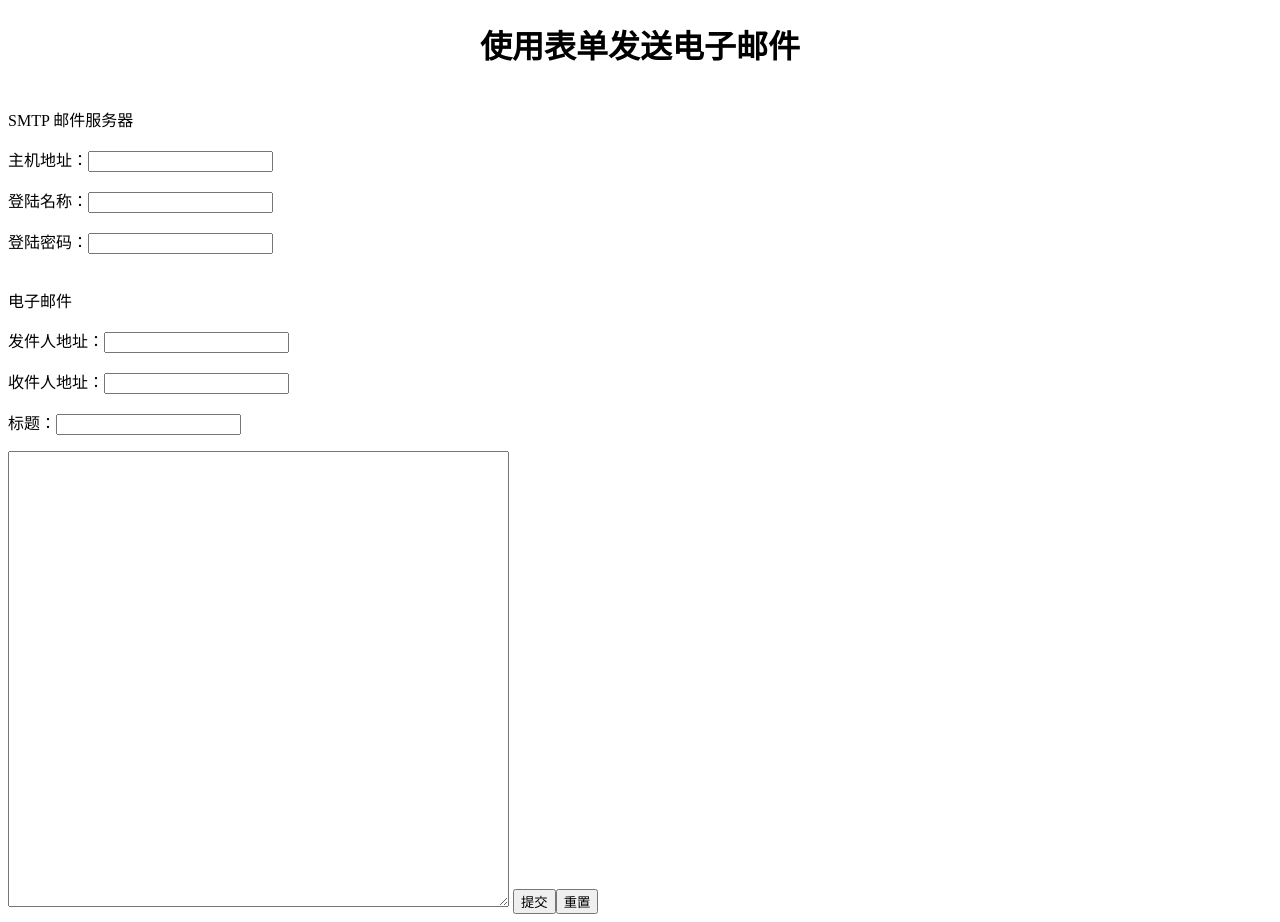
Repository: eterinfi/java
Page: jee/JSPDemo/WebContent/sendemail.html
The author's editor kept a copy of each file at every save. The page is drawn from the files as they stood at one save, then again after the next save.
The browser window is 1280 px wide. The pictures show the whole page.

Above is the page before, as saved 2016-11-15 10:43:28.

After the next save:
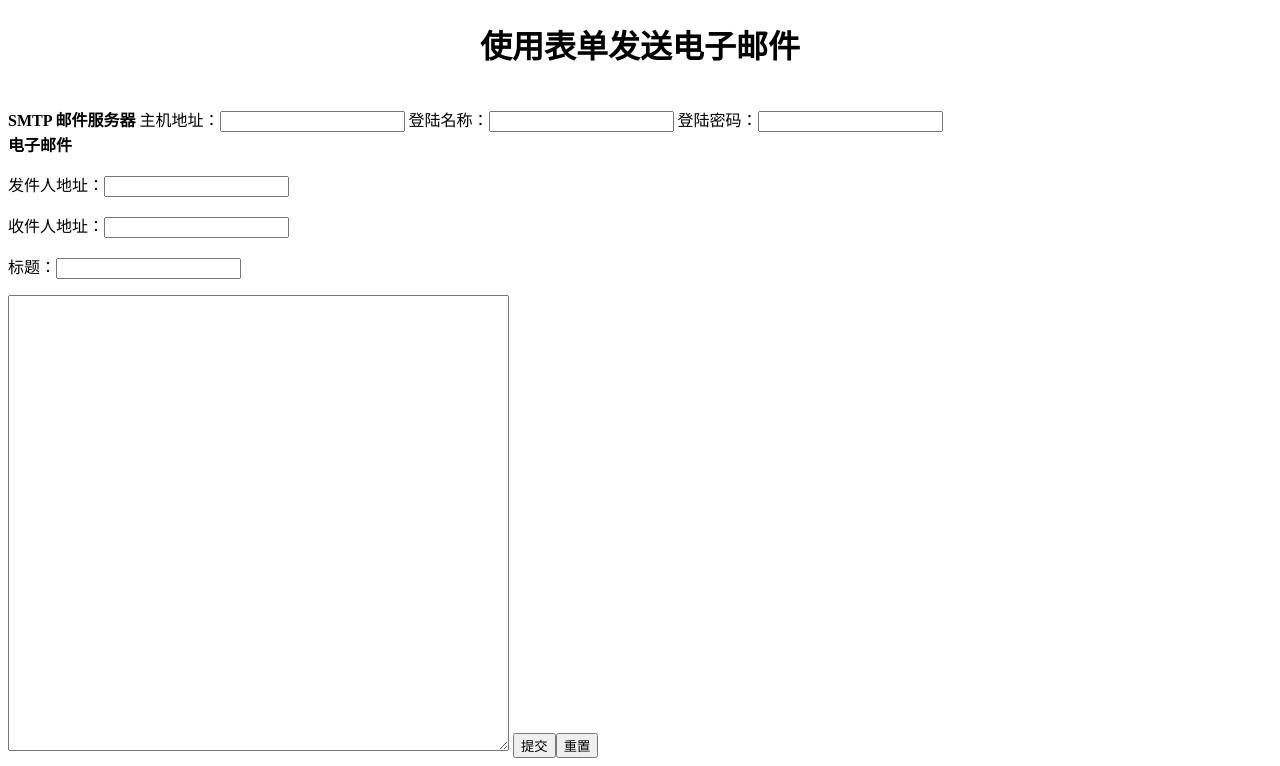
Saved 4 min 43 s later.
--- a/jee/JSPDemo/WebContent/sendemail.html
+++ b/jee/JSPDemo/WebContent/sendemail.html
@@ -8,12 +8,12 @@
   <h1 align="center">使用表单发送电子邮件</h1>
   <br />
   <form action="SendSubmittedEmail.jsp" method="POST">
-    <label>SMTP 邮件服务器</label>
-    <p>    主机地址：<input type="text" name="host" /></p>
-    <p>    登陆名称：<input type="text" name="user" /></p>
-    <p>    登陆密码：<input type="password" name="password" /></p>
+    <label><strong>SMTP 邮件服务器</strong></label>
+    <span>    主机地址：<input type="text" name="host" /></span>
+    <span>    登陆名称：<input type="text" name="user" /></span>
+    <span>    登陆密码：<input type="password" name="password" /></span>
     <br />
-    <label>电子邮件</label>
+    <label><strong>电子邮件</strong></label>
     <p>    发件人地址：<input type="text" name="from" /></p>
     <p>    收件人地址：<input type="text" name="to" /></p>
     <p>    标题：<input type="text" name="subject" /></p>
